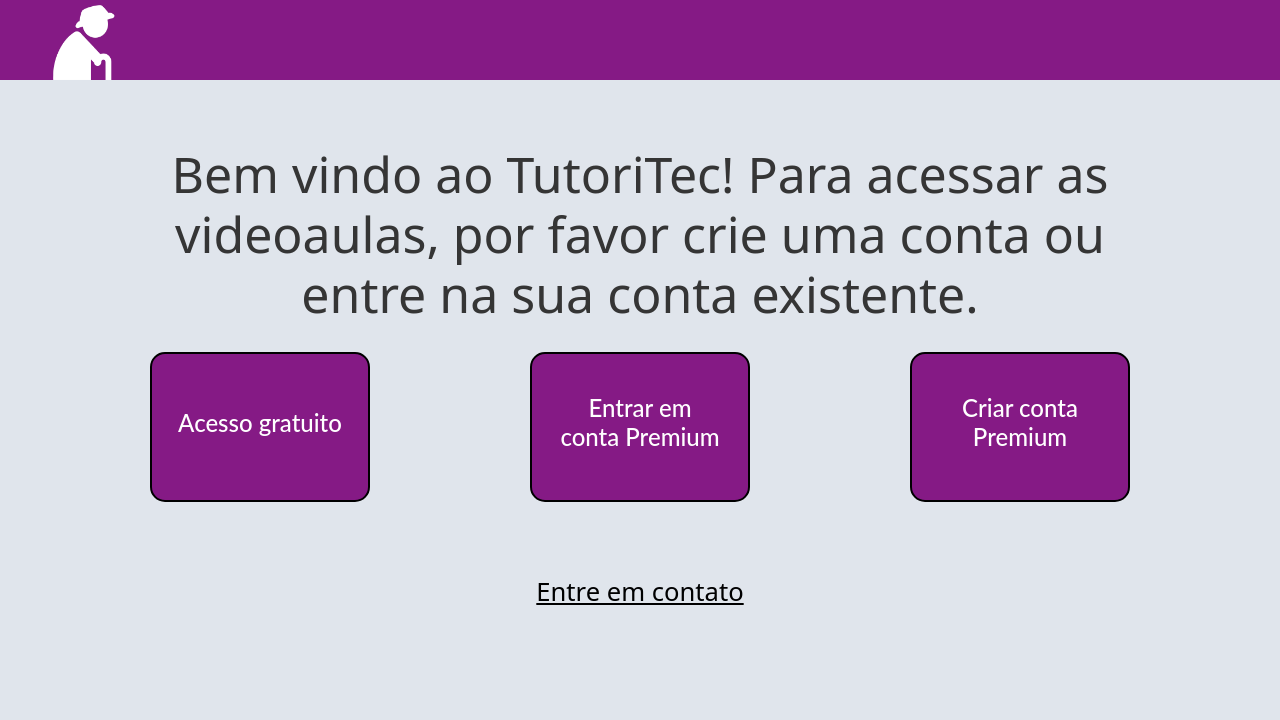
Repository: felipecampolina/TutoriTech
Page: codigo/Tutoritech/Tutoritech/src/main/resources/public/frontend/inicio-login/inicio.html
These files come from the project's save history. The page is drawn as it stood at one moment and after the next save; the edit follows.
The browser window is 1280 px wide. The pictures show the whole page.

Above is the page before, as saved 2022-10-14 00:10:31.

### codigo/Tutoritech/Tutoritech/src/main/resources/public/frontend/inicio-login/inicio.html
<!DOCTYPE html>
<html lang="pt-br">
<head>
    <meta charset="UTF-8">
    <meta http-equiv="X-UA-Compatible" content="IE=edge">
    <meta name="viewport" content="width=device-width, initial-scale=1.0">
    <link href="https://cdn.jsdelivr.net/npm/bootstrap@5.1.3/dist/css/bootstrap.min.css" rel="stylesheet"
    integrity="sha384-1BmE4kWBq78iYhFldvKuhfTAU6auU8tT94WrHftjDbrCEXSU1oBoqyl2QvZ6jIW3" crossorigin="anonymous">
    <title>TutoriTec - Início</title>
    <link rel="stylesheet" href="style.css">
    <link rel="stylesheet" href="template.css">
</head>

<body>
    <header>
        <div class="container-fluid cabecalho">
            <div class="row">
                <div class="col-6">
                    <a href="/frontend/inicio-login/inicio.html"> <img class="imagemprovisoria" src="logo.png" alt=""> </a>
                </div>

                    <div class="col-6 nomeUsuario">

                    </div>

            </div>
        </div>
    </header>

    <main>
        <div class="texto">
            <h1>Bem vindo ao TutoriTec! Para acessar as videoaulas, por favor crie uma conta ou entre na sua conta existente.</h1>
        </div>
            <div class="container">
                <div class="row">
                <div class="col-md-4 col-12 coluna-botao">
                    <a href="/frontend/tut-gratuitos/index"><button class="custom-btn btn-13"><h4>Acesso gratuito</h4></button></a>
                </div>
                <div class="col-md-4 col-12 coluna-botao">
                    <a href="login.html"><button class="custom-btn btn-13"><h4>Entrar em conta Premium</h4></button></a>
                </div>
                <div class="col-md-4 col-12 coluna-botao">
                    <a href="/frontend/compra/compra.html"><button class="custom-btn btn-13"><h4>Criar conta Premium</h4></button></a>
                </div>
                </div>

            </div>
    </main>

    <div class="divcontato">
        <a class="Contato" href="/frontend/EntreEmContato/contato.html">Entre em contato</a>
    </div>

<script src="https://cdn.jsdelivr.net/npm/bootstrap@5.1.3/dist/js/bootstrap.bundle.min.js"
    integrity="sha384-ka7Sk0Gln4gmtz2MlQnikT1wXgYsOg+OMhuP+IlRH9sENBO0LRn5q+8nbTov4+1p"
    crossorigin="anonymous">
</script>
  <script>

  window.onload = () =>{
    testarLogin();
  };

  function testarLogin(){
    let tipoUsuarioLogado = " ";

    if (sessionStorage.getItem('usuarioCorrente') != null )
    {
        tipoUsuarioLogado = JSON.parse(sessionStorage.getItem('usuarioCorrente')).tipo;
    }
      if (sessionStorage.getItem('usuarioCorrente') != null )
      {
          if (tipoUsuarioLogado == "user" || tipoUsuarioLogado == "adm")
          {
              window.location = "/frontend/cat-premium/index.html";
          }
      }
}
  </script>
  </body>
</html>

### codigo/Tutoritech/Tutoritech/src/main/resources/public/frontend/inicio-login/style.css
	#bot-nome {
		background:none;
		font-size:x-large;
		margin: 0;
		padding: 0;
		border: 0;
	}

    .bot-area {
		min-width: 300px;
		text-align:center;
		background-color:darkviolet;
		padding-top:5px;
		padding-left:5px;
		padding-right:5px;
		border-top:5px;
		border-radius: 20px;
		z-index: 1;
		position: fixed;
		top: 102%;
  		left: 99%;
  		transform: translate(-99%, -102%);
	}

	@media screen and (max-width:480px) {
    	.bot-area {
			z-index: 1;
			position: fixed;
			top: 102%;
  			left: 50%;
  			transform: translate(-50%, -102%);
		}
	}


header{
    background-color: rgb(133, 26, 133);
    height: 80px;
}
.imagemprovisoria{
  margin-top: 5px;
  margin-left: 6%;
  width: 70px;
  height: 100%;
}
.cabecalho p{
  color:white;
}
.cabecalho p a{
  color:white;
}

.nomeUsuario p{
  padding-top: 22px;
  padding-right: 20px;
  text-align: right !important;
}

body {
    background: #e0e5ec;
  }
  h1 {
    position: relative;
    text-align: center;
    color: #353535;
    font-size: 50px;
    padding: 0 10%;
  }
  .texto{
    font-size: 280%;
    text-align: center;
    margin-top: 5%;
  }
  main{
    margin-bottom: 4%;
  }
  p {
    font-weight: 300;
    text-align: center;
    font-size: 18px;
    color: #676767;
  }
  .frame {
    width: 90%;
    margin: 40px auto;
    text-align: center;
  }
  button {
    margin: 20px;
    outline: none;
  }
  .coluna-botao {
    text-align: center;
  }
  .custom-btn {
    width: 220px;
    height: 150px;
    padding: 10px 25px;
    border: 2px solid #000;
    font-family: 'Lato', sans-serif;
    font-weight: 500;
    background: transparent;
    cursor: pointer;
    transition: all 0.3s ease;
    position: relative;
    display: inline-block;
    border-radius: 15px;
  }
/* 13 */
.btn-13 {
    background: rgb(133, 26, 133);
   color: #fff;
   z-index: 1;
 }
 .btn-13:after {
   position: absolute;
   content: "";
   width: 100%;
   height: 0;
   bottom: 0;
   left: 0;
   z-index: -1;
    background-color: #e0e5ec;
   transition: all 0.3s ease;
   border-radius: 15px;
 }
 .btn-13:hover {
   color: #000;
 }
 .btn-13:hover:after {
   top: 0;
   height: 100%;
 }
 .btn-13:active {
   top: 2px;
 }

 .divcontato
 {
   text-align: center;
   margin-top: 50px;
   margin-bottom: 30px;
 }

  a.Contato{

     bottom:0;
     width:100%;
     height:8%;
     font-size: 160%;
     color: black;
     text-align: center;
     margin-top: 1%;

      text-decoration: underline;
    }


    @media screen and (max-width:800px) {

        .texto h1
        {
           font-size: 25px;
           text-align: center;
           margin-top: 5%;
           font-family: Arial, Helvetica, sans-serif;
           margin: 10px;
        }
     }

### codigo/Tutoritech/Tutoritech/src/main/resources/public/frontend/inicio-login/template.css

header{
    background-color: rgb(133, 26, 133);
    height: 80px;
}
.imagemprovisoria{
  margin-top: 5px;
  margin-left: 6%;
  width: 70px;
  height: 75px !important;
}
.cabecalho p{
  color:white;
}
.cabecalho p a{
  color:white;
}

.nomeUsuario p{
  padding-top: 22px;
  padding-right: 20px;
  text-align: right !important;
}

#insertSair p{
  padding-top: 22px;
  padding-right: 20px;
  text-align: right !important;
}



body {
    background: #e0e5ec;
}
p {
  color: #676767;
}
.frame {
  width: 90%;
  margin: 40px auto;
}
button {
  outline: none;
}
.custom-btn {
  padding: 10px 25px;
  border: 2px solid #000;
  font-family: 'Lato', sans-serif;
  font-weight: 500;
  background: transparent;
  cursor: pointer;
  transition: all 0.3s ease;
  position: relative;
  display: inline-block;
  border-radius: 15px;
}
/* 13 */
.btn-13 {
  background: rgb(133, 26, 133);
  color: #fff;
  z-index: 1;
}
.btn-13:after {
  position: absolute;
  content: "";
  width: 100%;
  height: 0;
  bottom: 0;
  left: 0;
  z-index: -1;
  background-color: #e0e5ec;
  transition: all 0.3s ease;
  border-radius: 15px;
}
.btn-13:hover {
  color: #000;
}
.btn-13:hover:after {
  top: 0;
  height: 100%;
}
.btn-13:active {
  top: 2px;
}
.divcontato
{
  text-align: center;
  margin-top: 50px;
  margin-bottom: 30px;
}

a.Contato{

  bottom:0;
  width:100%;
  height:8%;
  font-size: 160%;
  color: black;
  text-align: center;
  margin-top: 1%;

    text-decoration: underline;
  }

  #botaoVoltar {
    height: 70px;
    width:150px;
    position: relative;
}

### codigo/Tutoritech/Tutoritech/src/main/resources/public/frontend/inicio-login/app.js

  	function abrirBot() {
		document.querySelector(".bot-area").innerHTML = ` <button onclick="fecharBot()" id="bot-nome" style="color:#ffffff; margin-bottom: 5px">Suporte do TutoriTech</button>
    	<iframe id="bot" src="https://getacquainted.co/widget/c682c457-3206-4784-b93f-f26a0c0499c9"
    	style="border:0px #ffffff none;" name="myiFrame" scrolling="yes" frameborder="0"
    	marginheight="0px" marginwidth="0px" height="350px" width="300px" allowfullscreen></iframe>`;
	}

	function fecharBot() {
		document.querySelector(".bot-area").innerHTML = ` <button onclick="abrirBot()" id="bot-nome" style="color:#ffffff; margin-bottom: 22px">Suporte do TutoriTech</button>`;
	}

After the next save:
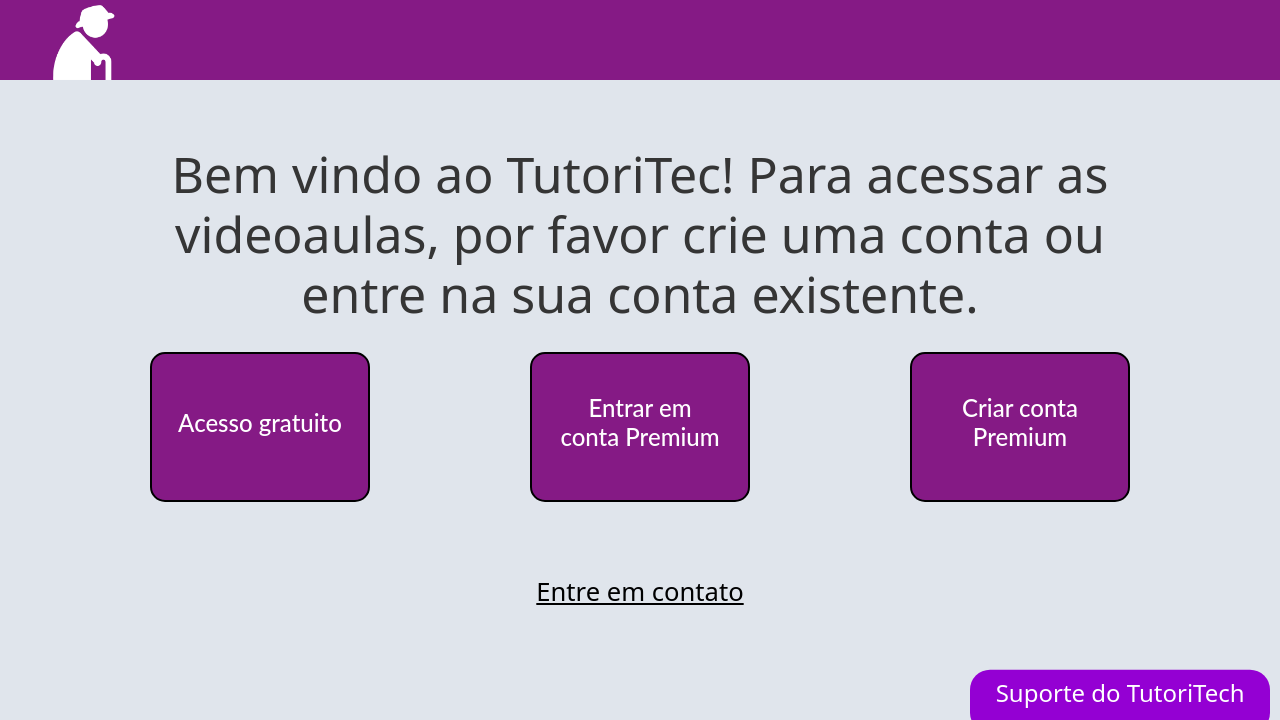
Saved 2 min 5 s later.
--- a/codigo/Tutoritech/Tutoritech/src/main/resources/public/frontend/inicio-login/inicio.html
+++ b/codigo/Tutoritech/Tutoritech/src/main/resources/public/frontend/inicio-login/inicio.html
@@ -9,6 +9,7 @@
     <title>TutoriTec - Início</title>
     <link rel="stylesheet" href="style.css">
     <link rel="stylesheet" href="template.css">
+    <script src="app.js"></script>
 </head>
 
 <body>
@@ -37,10 +38,10 @@
                     <a href="/frontend/tut-gratuitos/index"><button class="custom-btn btn-13"><h4>Acesso gratuito</h4></button></a>
                 </div>
                 <div class="col-md-4 col-12 coluna-botao">
-                    <a href="login.html"><button class="custom-btn btn-13"><h4>Entrar em conta Premium</h4></button></a>
+                    <a href="login"><button class="custom-btn btn-13"><h4>Entrar em conta Premium</h4></button></a>
                 </div>
                 <div class="col-md-4 col-12 coluna-botao">
-                    <a href="/frontend/compra/compra.html"><button class="custom-btn btn-13"><h4>Criar conta Premium</h4></button></a>
+                    <a href="/frontend/compra/comprar"><button class="custom-btn btn-13"><h4>Criar conta Premium</h4></button></a>
                 </div>
                 </div>
 
@@ -48,34 +49,52 @@
     </main>
 
     <div class="divcontato">
-        <a class="Contato" href="/frontend/EntreEmContato/contato.html">Entre em contato</a>
+        <a class="Contato" href="/frontend/EntreEmContato/contato">Entre em contato</a>
+    </div>
+
+    <div class="bot-area">
+    	<button onclick="abrirBot()" id="bot-nome" style="color:#ffffff; margin-bottom: 22px">Suporte do TutoriTech</button>
     </div>
 
 <script src="https://cdn.jsdelivr.net/npm/bootstrap@5.1.3/dist/js/bootstrap.bundle.min.js"
     integrity="sha384-ka7Sk0Gln4gmtz2MlQnikT1wXgYsOg+OMhuP+IlRH9sENBO0LRn5q+8nbTov4+1p"
     crossorigin="anonymous">
-</script>
-  <script>
+ </script>
+  <style>
+	#bot-nome {
+		background:none;
+		font-size:x-large;
+		margin: 0;
+		padding: 0;
+		border: 0;
+	}
 
-  window.onload = () =>{
-    testarLogin();
-  };
+    .bot-area {
+		min-width: 300px;
+		text-align:center;
+		background-color:darkviolet;
+		padding-top:5px;
+		padding-left:5px;
+		padding-right:5px;
+		border-top:5px;
+		border-radius: 20px;
+		z-index: 1;
+		position: fixed;
+		top: 102%;
+  		left: 99%;
+  		transform: translate(-99%, -102%);
+	}
 
-  function testarLogin(){
-    let tipoUsuarioLogado = " ";
+	@media screen and (max-width:480px) {
+    	.bot-area {
+			z-index: 1;
+			position: fixed;
+			top: 102%;
+  			left: 50%;
+  			transform: translate(-50%, -102%);
+		}
+	}
 
-    if (sessionStorage.getItem('usuarioCorrente') != null )
-    {
-        tipoUsuarioLogado = JSON.parse(sessionStorage.getItem('usuarioCorrente')).tipo;
-    }
-      if (sessionStorage.getItem('usuarioCorrente') != null )
-      {
-          if (tipoUsuarioLogado == "user" || tipoUsuarioLogado == "adm")
-          {
-              window.location = "/frontend/cat-premium/index.html";
-          }
-      }
-}
-  </script>
+  </style>
   </body>
 </html>
